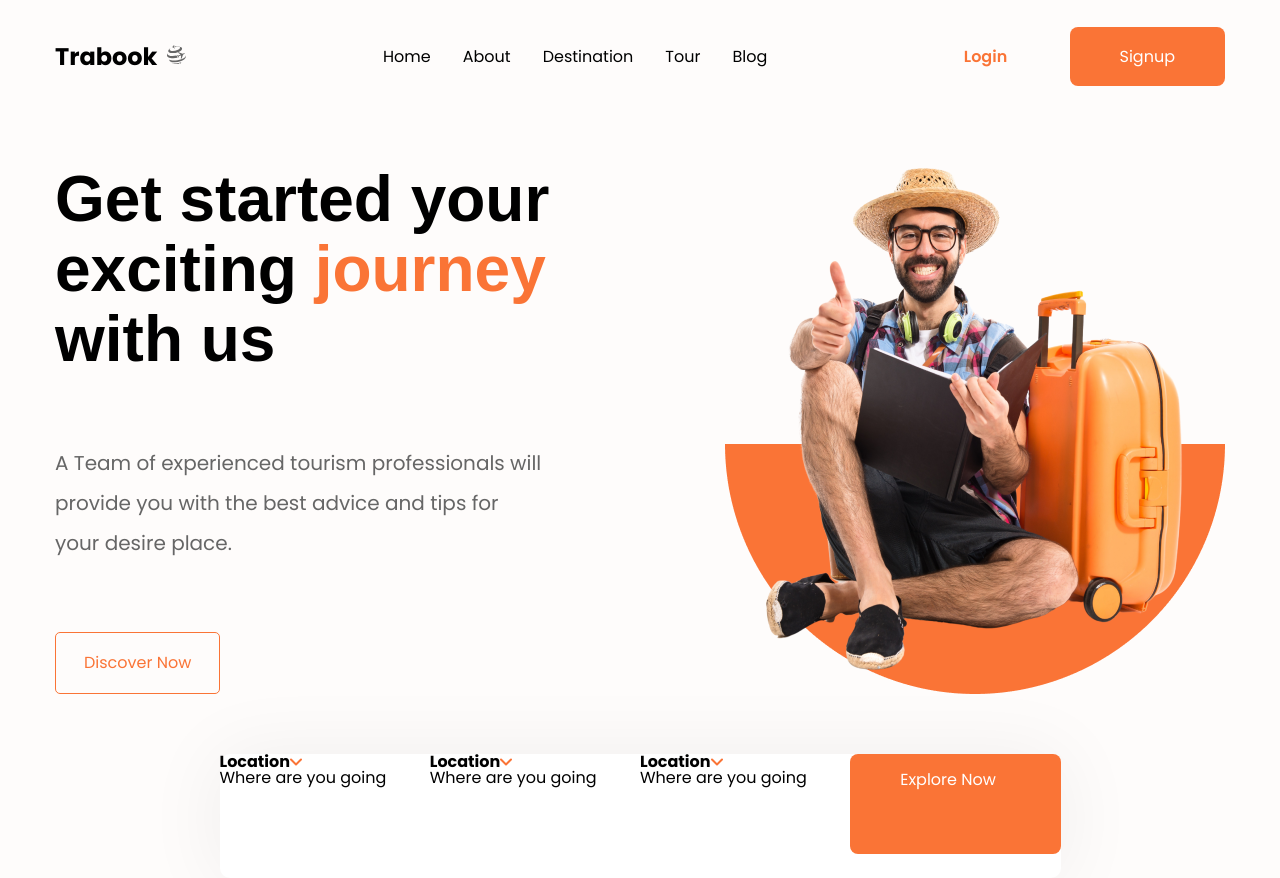
Repository: phobo99/phobo99.github.io
Page: Trabook/index.html
An editor plug-in stored every save of this project. The page is shown before and after the next save, followed by the edit.
The browser window is 1280 px wide. The pictures show the whole page.
Some web fonts or font styles are not loaded; a fallback is used. Some web libraries are served in a nearby version. The style sheet was rebuilt from its Sass, Less or Tailwind sources for each picture, by a compiler version that may differ from the author's.

Above is the page before, as saved 2022-06-18 23:19:49.

### Trabook/index.html
<!DOCTYPE html>
<html lang="en">

<head>
    <meta charset="UTF-8">
    <meta http-equiv="X-UA-Compatible" content="IE=edge">
    <meta name="viewport" content="width=device-width, initial-scale=1.0">
    <title>Responsive</title>
    <link
        href="https://fonts.googleapis.com/css2?family=Poppins:wght@300;400;500;600;700&family=Volkhov:wght@400;700&display=swap"
        rel="stylesheet">
    <link rel="stylesheet" href="https://cdnjs.cloudflare.com/ajax/libs/font-awesome/6.1.1/css/all.min.css"
        integrity="sha512-KfkfwYDsLkIlwQp6LFnl8zNdLGxu9YAA1QvwINks4PhcElQSvqcyVLLD9aMhXd13uQjoXtEKNosOWaZqXgel0g=="
        crossorigin="anonymous" referrerpolicy="no-referrer" />

    <link rel="stylesheet" href="reset.css">
    <link rel="stylesheet" href="style.css">
</head>

<body>
    <div class="container-fluid">
        <header class="header container">
            <div class="nav-bar">
                <div class="logo">
                    <span class="text-logo">Trabook</span>
                    <svg width="19" height="19" viewBox="0 0 19 19" fill="none" xmlns="http://www.w3.org/2000/svg">
                        <path
                            d="M1.64111 4.96058C1.79426 4.76583 1.99595 4.50221 2.15747 4.31379C2.6412 3.79446 2.70397 3.72638 3.14417 3.34242C3.27473 3.24108 3.42956 3.11917 3.58103 3.00437C2.46378 3.89896 2.32151 4.88933 3.3467 5.50129C3.34503 5.50129 3.34503 5.50129 3.34503 5.50287C4.77863 6.31987 7.92034 6.14333 10.3992 5.09675C12.8003 4.08342 13.6865 2.63388 12.5015 1.77254C11.4612 1.58808 10.221 1.56671 8.90871 1.73296L8.7723 1.52L8.88528 1.16692C9.6569 1.10121 10.39 1.11704 11.0227 1.21917C11.1759 1.24371 11.3776 1.28567 11.5282 1.31575C11.8194 1.38304 11.9776 1.42342 12.1676 1.48121C12.3617 1.53583 12.5274 1.59046 12.8162 1.69179C13.099 1.79708 13.2212 1.84458 13.448 1.95146C13.702 2.06108 13.9488 2.18506 14.187 2.32275C16.0751 3.44612 14.9009 5.49575 11.5692 6.90017C8.24673 8.29983 4.01287 8.51992 2.11563 7.41C2.11479 7.40842 2.11228 7.40683 2.10726 7.40525H2.11061C1.07453 6.78458 0.965735 5.88367 1.64111 4.96058ZM10.2854 12.8139L10.2586 11.552L9.31042 10.5545C6.17792 11.2258 3.09898 11.0817 1.38669 10.1278C1.38084 10.1215 1.36661 10.1151 1.36075 10.1088C0.391624 9.54433 0.152272 8.816 0.225082 8.02433C-0.00171646 9.18254 -0.0201282 9.60054 0.0125108 10.5917C0.0526817 11.2124 0.431795 11.7847 1.19421 12.236L1.20007 12.2423C3.02533 13.3158 6.82819 13.5486 10.2854 12.8139ZM14.2397 14.2587C9.81842 15.9362 4.28486 16.0352 1.8813 14.4827C2.14087 15.0828 2.49406 15.6427 2.92909 16.1437C5.13515 17.5687 10.2143 17.4776 14.2707 15.9378C16.645 15.0377 18.143 13.8399 18.5364 12.7173L18.6468 12.3793C18.9088 11.5227 18.9582 10.8094 19 10.1745C18.9523 11.5528 17.2358 13.1203 14.2397 14.2587ZM4.47986 17.4895C4.61878 17.6146 5.05564 18.122 7.26923 18.6825C7.86761 18.8076 9.37402 19.209 12.1567 18.6255L12.1734 18.3857L11.9533 18.0595C9.37151 18.6374 6.50347 18.4442 4.47986 17.4895ZM10.8687 7.50737L13.2196 9.19283C13.2196 9.19283 13.7225 9.53563 13.248 9.77629C12.7752 10.0146 11.5608 10.598 11.5608 10.598L10.3616 10.1745L9.75983 10.4278L10.821 11.2995L10.8294 12.6556L11.4529 12.3935L11.8663 11.248C11.8663 11.248 13.1359 10.7857 13.6397 10.6115C14.146 10.4413 14.0782 11.024 14.0782 11.024L13.8288 13.8035L14.6573 13.4552L16.0215 9.70504C16.0215 9.70504 16.7446 9.37254 17.2534 9.08042C17.7614 8.78829 17.9355 8.30379 17.9355 8.30379C17.9355 8.30379 17.44 8.10192 16.8693 8.26421C16.2985 8.42492 15.5545 8.7115 15.5545 8.7115L11.6947 7.16062L10.8687 7.50737ZM5.89505 2.17471L7.49101 3.37725L7.92703 3.3155L7.05833 2.23646C7.05833 2.23646 6.8692 2.01321 7.12361 1.96017C7.3797 1.90633 8.02746 1.78125 8.02746 1.78125L8.51453 2.14937L8.8426 2.10346L8.47101 1.54454L8.66685 0.924667L8.34966 0.968208L7.9739 1.44004C7.9739 1.44004 7.31443 1.49862 7.05499 1.51921C6.79388 1.53821 6.90602 1.273 6.90602 1.273L7.40648 0L6.96795 0.0609583L5.81303 1.65142C5.81303 1.65142 5.42806 1.71792 5.14938 1.79313C4.86985 1.86754 4.72256 2.07179 4.72256 2.07179C4.72256 2.07179 4.9276 2.22854 5.21633 2.223C5.50757 2.21746 5.89505 2.17471 5.89505 2.17471ZM13.7828 17.6265L12.7501 17.1158L12.5124 17.1942L13.1242 17.712C13.1242 17.712 13.2547 17.8172 13.1175 17.8735C12.9802 17.9289 12.6304 18.065 12.6304 18.065L12.3417 17.9431L12.1701 18.0017L12.4103 18.244L12.3868 18.5978L12.5659 18.5392L12.6998 18.2519C12.6998 18.2519 13.0631 18.1497 13.2078 18.1133C13.3518 18.0761 13.3192 18.236 13.3192 18.236L13.1827 19L13.4213 18.9216L13.8891 17.9115C13.8891 17.9115 14.0958 17.8347 14.2439 17.7642C14.3921 17.6937 14.4506 17.5639 14.4506 17.5639C14.4506 17.5639 14.3192 17.4958 14.1569 17.5299C13.9937 17.5623 13.7828 17.6265 13.7828 17.6265Z"
                            fill="#666666" />
                    </svg>
                </div>
                <div class="menu-list">
                    <ul class="menu">
                        <li>Home</li>
                        <li>About</li>
                        <li>Destination</li>
                        <li>Tour</li>
                        <li>Blog</li>
                    </ul>
                </div>
                <div class="nav-login">
                    <span class="login">Login</span>
                    <span class="sign-up button-primary">Signup</span>
                </div>
            </div>
            <div class="content">
                <div class="content-left">
                    <h1 class="header-content">Get started your exciting <span class="text-org">journey</span> with us
                    </h1>
                    <span class="desc-content">A Team of experienced tourism professionals will provide you with the
                        best advice and tips for
                        your desire place. </span>
                    <div class="content-button">
                        Discover Now
                    </div>
                </div>
                <div class="content-right">
                    <img src="./img/people-01.png" alt="" class="img-people">
                </div>
            </div>
            <div class="search-bar">
                <div class="list-search">
                    <div class="item-search">
                        <div class="title-item">
                            <p>Location</p>
                            <svg width="12" height="8" viewBox="0 0 12 8" fill="none"
                                xmlns="http://www.w3.org/2000/svg">
                                <path d="M1 1.5L6 6.5L11 1.5" stroke="#FA7436" stroke-width="2" stroke-linecap="round"
                                    stroke-linejoin="round" />
                            </svg>
                        </div>
                        <div class="desc-item">
                            Where are you going
                        </div>
                    </div>
                    <div class="item-search">
                        <div class="title-item">
                            <p>Location</p>
                            <svg width="12" height="8" viewBox="0 0 12 8" fill="none"
                                xmlns="http://www.w3.org/2000/svg">
                                <path d="M1 1.5L6 6.5L11 1.5" stroke="#FA7436" stroke-width="2" stroke-linecap="round"
                                    stroke-linejoin="round" />
                            </svg>
                        </div>
                        <div class="desc-item">
                            Where are you going
                        </div>
                    </div>
                    <div class="item-search">
                        <div class="title-item">
                            <p>Location</p>
                            <svg width="12" height="8" viewBox="0 0 12 8" fill="none"
                                xmlns="http://www.w3.org/2000/svg">
                                <path d="M1 1.5L6 6.5L11 1.5" stroke="#FA7436" stroke-width="2" stroke-linecap="round"
                                    stroke-linejoin="round" />
                            </svg>
                        </div>
                        <div class="desc-item">
                            Where are you going
                        </div>
                    </div>
                    <div class="button-primary">
                        Explore Now
                    </div>
                </div>
            </div>
        </header>
    </div>
</body>

</html>

### Trabook/style.scss
$bg-color: #fefcfb;
$bg-second: #f7f8fc;
$primary-color: #fa7436;
$header-color: #222;
$gray-color: #666666;

@mixin size($width, $height: $width) {
  width: $width;
  height: $height;
}
@mixin flexbox(
  $align: flex-start,
  $justify: flex-start,
  $flex-direction: row,
  $wrap: nowrap
) {
  display: flex;
  align-items: $align;
  justify-content: $justify;
  flex-direction: $flex-direction;
  flex-wrap: $wrap;
}
html {
  font-size: 62.5%;
}
* {
  box-sizing: border-box;
}
body {
  font-size: 1.6rem;
  font-family: "Poppins", sans-serif;
  font-weight: normal;
  background-color: #fefcfb;
}

a {
  text-decoration: none;
}

img {
  display: block;
  max-width: 100%;
}
h1 {
  font-family: "Volkhov", sans-serif;
  font-weight: 700;
  font-size: 64px;
  line-height: 70px;
}
.container-fluid {
  .container {
    max-width: 1170px;
    margin: 0 auto;
  }
  .text-org {
    color: $primary-color;
  }
  .desc-content {
    color: $gray-color;
    line-height: 2;
    font-size: 20px;
  }
  .button-primary {
    padding: 18px 50px;
    background-color: $primary-color;
    color: white;
    border-radius: 8px;
    cursor: pointer;
    &:hover {
      opacity: 0.8;
      transition: all 0.2s linear;
    }
  }
  .header {
    .nav-bar {
      display: flex;
      @include size(100%, 114px);
      align-items: center;
      justify-content: space-between;
      .logo {
        display: flex;
        cursor: pointer;
        .text-logo {
          font-size: 24px;
          font-weight: bold;
          margin-right: 10px;
        }
      }
      .menu-list {
        .menu {
          @include flexbox(stretch, space-between);
          gap: 32px;
          li {
            cursor: pointer;
          }
        }
      }
      .nav-login {
        .login {
          font-size: 16px;
          font-weight: 600;
          color: $primary-color;
          cursor: pointer;
          margin-right: 58px;
        }
      }
    }
    .content {
      @include size(100%, 530px);
      @include flexbox(stretch, space-between);
      margin-top: 50px;
      .content-left {
        @include flexbox(stretch, space-between, column);
        @include size(490px, auto);
        .header-content {
          width: 521px;
        }
        .content-button {
          width: fit-content;
          padding: 22px 28px;
          border: 1px solid $primary-color;
          border-radius: 5px;
          color: $primary-color;
        }
      }
      .content-right {
      }
    }
    .search-bar {
      background-color: white;
      width: 841px;
      height: 124px;
      margin: 0 auto;
      margin-top: 6rem;
      box-shadow: 0px 2px 80px 2px rgba(0, 0, 0, 0.06);
      border-radius: 10px;
      .list-search {
        width: 100%;
        height: 100px;
        display: grid;
        grid-template-columns: 1fr 1fr 1fr 1fr;

        .item-search {
          display: flex;
          flex-direction: column;
          .title-item {
            width: fit-content;
            display: flex;
            justify-content: center;
            align-items: center;
            font-weight: bold;
          }
          .desc-item {
          }
        }
      }
    }
  }
}
@media screen and (min-width: 768px) {
}
@media screen and (max-width: 767px) {
}

Loaded but not shown: Trabook/reset.css (common file)

After the next save:
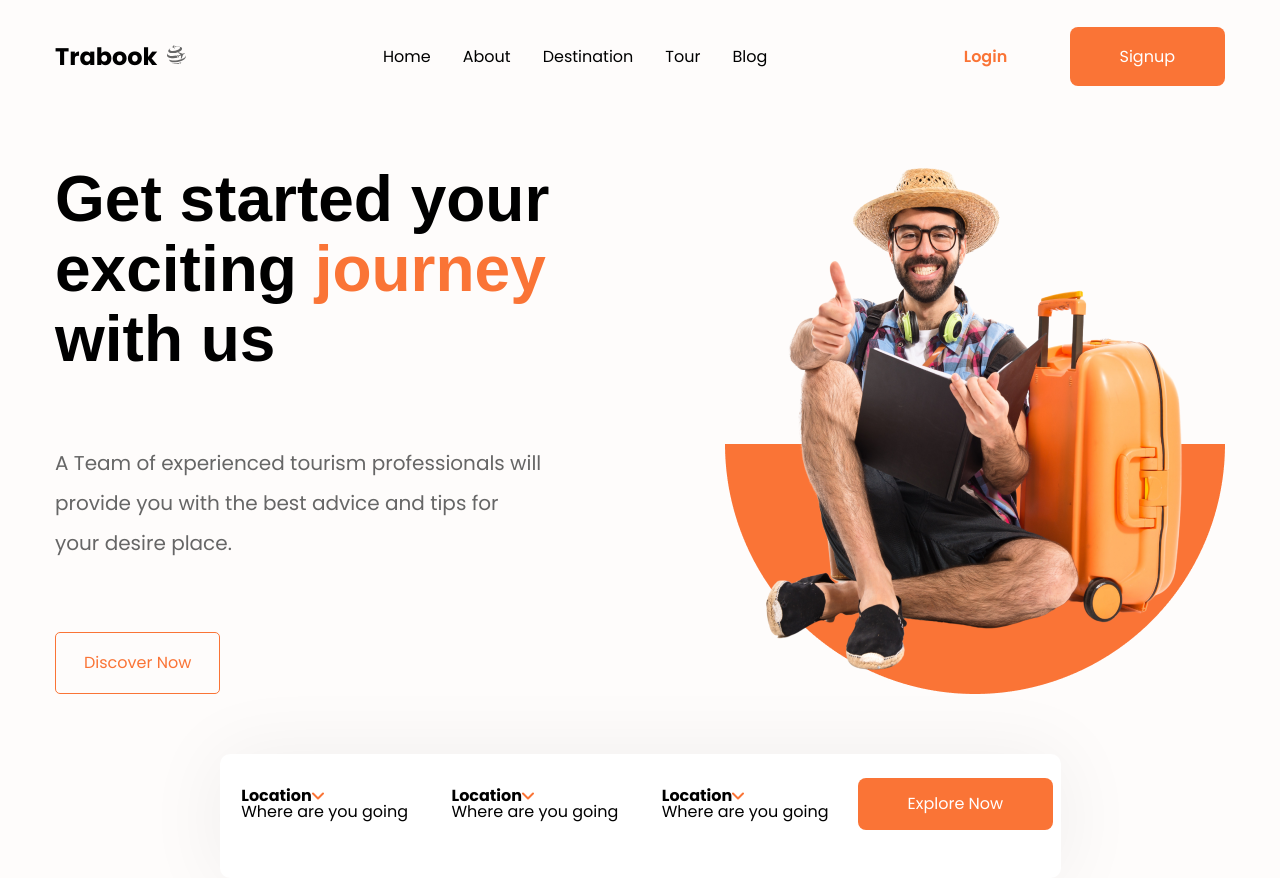
Saved 58 s later.
--- a/Trabook/style.scss
+++ b/Trabook/style.scss
@@ -139,7 +139,8 @@ h1 {
         height: 100px;
         display: grid;
         grid-template-columns: 1fr 1fr 1fr 1fr;
-
+        justify-items: center;
+        align-items: center;
         .item-search {
           display: flex;
           flex-direction: column;
